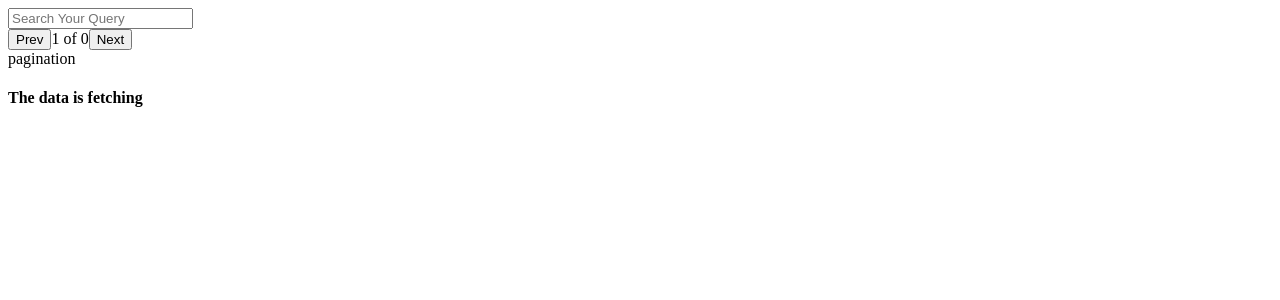
Repository: suraj-yadav7/TechNews
Page: /
An editor plug-in stored every save of this project. The page is shown before and after the next save, followed by the edit.
The browser window is 1280 px wide. The pictures show the whole page.
The page's requests for data from a server got no answer. The project was rebuilt for these pictures with package versions that can differ from the ones it lists, and the page was loaded fresh each time. No one was signed in, and anything a server would have sent is missing.

Above is the page before, as saved 2023-04-28 09:49:02.

After the next save:
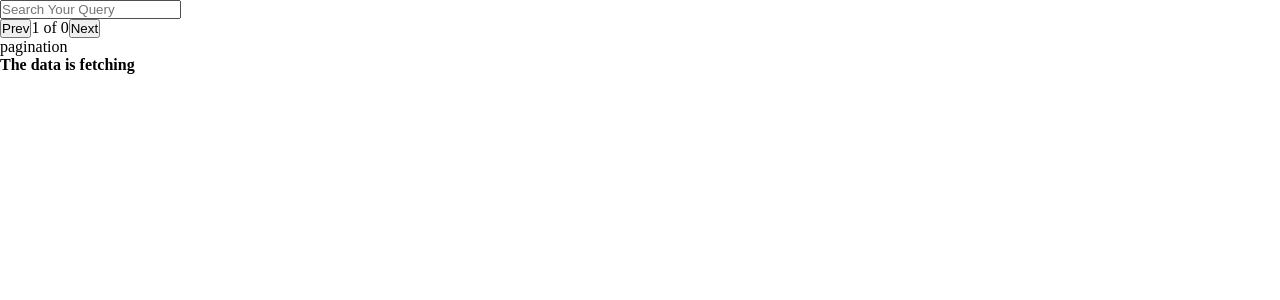
Saved 105 s later.
--- a/src/App.css
+++ b/src/App.css
@@ -1,16 +1,12 @@
+*{
+  margin: 0;
+  padding: 0;
+  box-sizing: border-box;
+
+}
+
 .App {
   text-align: center;
-}
-
-.App-logo {
-  height: 40vmin;
-  pointer-events: none;
-}
-
-@media (prefers-reduced-motion: no-preference) {
-  .App-logo {
-    animation: App-logo-spin infinite 20s linear;
-  }
 }
 
 .App-header {
